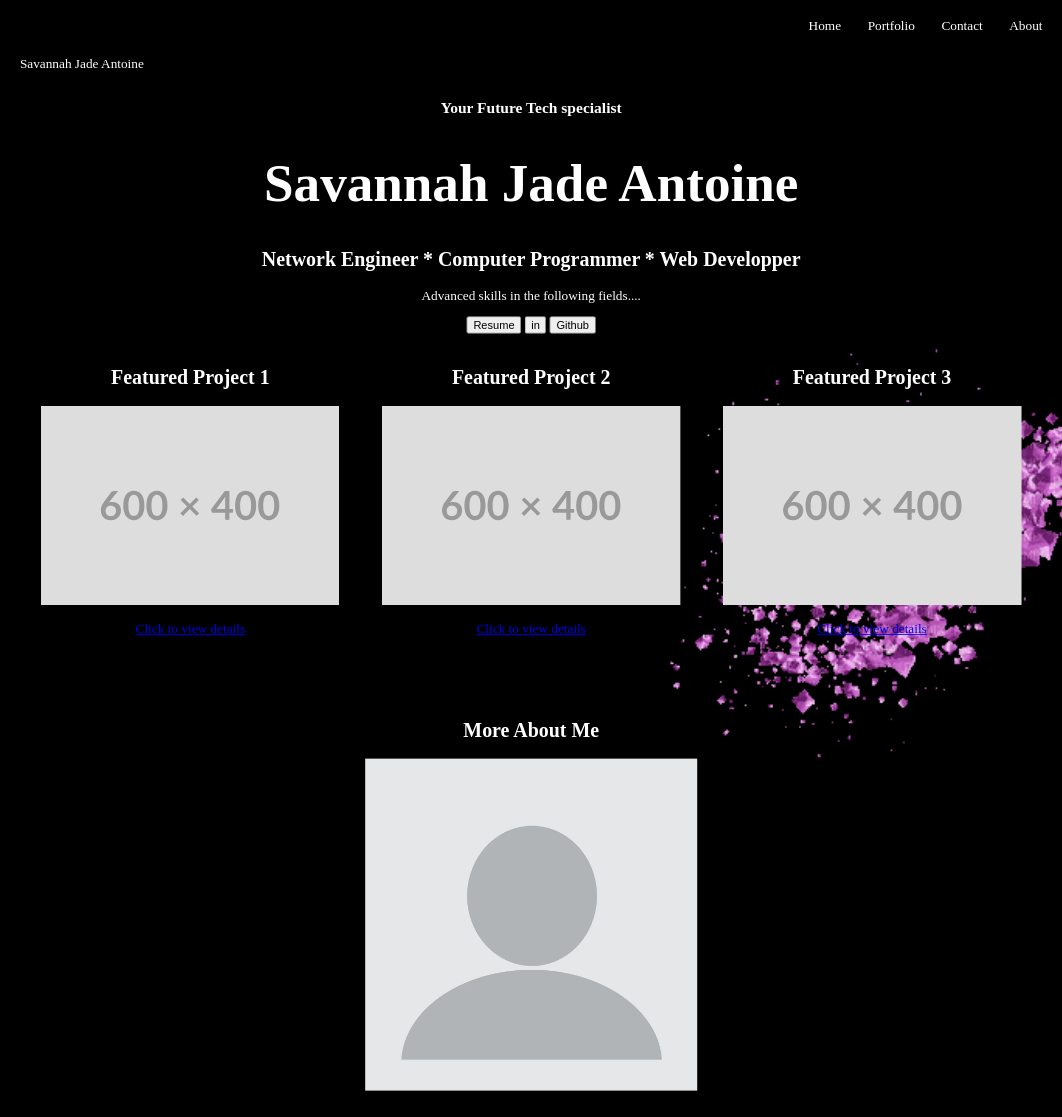
Repository: Savannah-Antoine/Savannah-Antoine
Page: index.html
An editor plug-in stored every save of this project. The page is shown before and after the next save, followed by the edit.
The browser window is 1280 px wide. The pictures show the whole page, at 83% of full size.

Above is the page before, as saved 2026-05-15 12:10:21.

### index.html
<!DOCTYPE html>
<html lang="en">
<head>
    <meta charset="UTF-8">
    <meta name="viewport" content="width=device-width, initial-scale=1.0">
    <link rel = "stylesheet" href = "./styles/index.css" />
    <link rel = "stylesheet" href = "./styles/globals.css" />
    <title>Document</title>
</head>
<body>
<header>
    <nav>
        <ul class = "navigation">
  <li><a href="index.html">Home</a></li>
  <li><a href="portfolioPage.html">Portfolio</a></li>
  <li><a href="contact">Contact</a></li>
  <li><a href="about.asp">About</a></li>
</ul>
        <ul class = "homeButton">
           <li><a href = "index.html">Savannah Jade Antoine</a></li>
        </ul>
</nav>
<h3>Your Future Tech specialist</h3>
<h1> Savannah Jade Antoine</h1>
<h2>Network Engineer * Computer Programmer * Web Developper</h2>
<p> Advanced skills in the following fields....</p>
<a href = "Savannah Jade Resume (1).pdf"><button>Resume</button></a>
<a href = "www.linkedin.com/in/savannah-antoine-ab0756390"><button>in</button></a>
<button>Github</button>

</header>
<main class = "container">
<section class = "project-card">

<h2>Featured Project 1</h2>
<img src = "./assets/images/placeholder1.svg" alt = "First Portfolio placeholder image" />
<p><a href = "./pages/project-name-1.html">Click to view details</a></p>
</section>


<section class = "project-card">
<h2>Featured Project 2</h2>
<img src = "./assets/images/placeholder1.svg" alt = "Second Portfolio placeholder image" />
<p><a href = "./pages/project-name-2.html">Click to view details</a></p>
</section>
<section class = "project-card">
<h2>Featured Project 3</h2>
<img src = "./assets/images/placeholder1.svg" alt = "Third Portfolio placeholder image" />
<p><a href = "./pages/project-name-3.html">Click to view details</a></p>
</section>

<div class = "aboutMe">
<h2>More About Me</h2>
<img src = "./assets/images/profilepic.png" alt = "profile picture" />
</div>


</main>

</body>
</html>

### styles/index.css
.container{
  display: flex;
    flex-direction: column;
    align-items: center;
    gap: 2rem;
    padding: 20px;
}



body h1{
    font-size: 2.5rem;

}

img{
   width: 100%;
    max-width: 400px;
    height: auto;
}

@media screen and (min-width: 768px)
{
   body h1 {
        font-size: 4rem;
    }
    .container {
        flex-direction: row;
        flex-wrap: wrap;
        justify-content: space-around;
        align-items: flex-start;
    }
    .project-card {
        width: 30%;
        min-width: 250px;
        text-align: center;
    }

    .aboutMe{
        width: 100%;
        text-align: center;
        margin-top: 2rem;

    }
}




@media screen and (min-width: 1000px)
{
    .container {
        max-width: 1200px;
        margin: 0 auto;
    }
}

### styles/globals.css
body {
    background-color: black;
  background-image: url(/assets/images/background-pic.gif);
  background-repeat: no-repeat;
  background-size: cover;
  color: white;
  font-size: 16px;
  text-align: center;
}



.homeButton{
  list-style-type: none;
  margin: 0;
  padding: 0;
  display: flex;
  justify-content: left;

}


.navigation {
  list-style-type: none;
  margin: 0;
  padding: 0;
  display: flex;
  justify-content: right;
}
li a {
  display: block;
  color: white;
  padding: 14px 16px;
  text-decoration: none;
}

ul li a:hover {
  background-color: #be6c6c;
}

h1{

  font-size: 4rem;
}

After the next save:
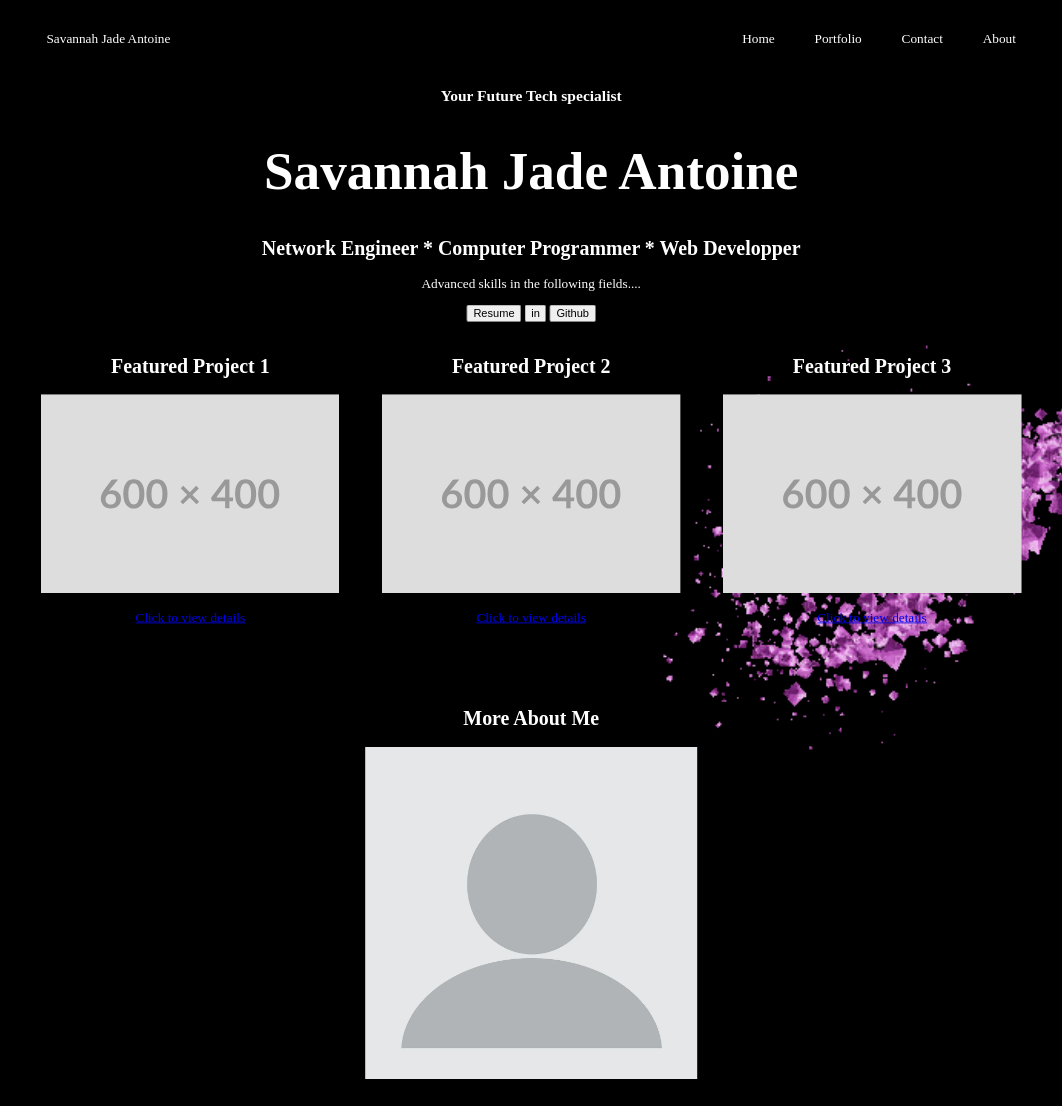
Saved 5 min 22 s later.
--- a/styles/globals.css
+++ b/styles/globals.css
@@ -11,6 +11,7 @@ body {
 
 
 .homeButton{
+  order: -1;
   list-style-type: none;
   margin: 0;
   padding: 0;
@@ -20,13 +21,24 @@ body {
 }
 
 
-.navigation {
-  list-style-type: none;
-  margin: 0;
-  padding: 0;
-  display: flex;
-  justify-content: right;
+nav {
+    display: flex;
+    justify-content: space-between;
+    align-items: center;
+    padding: 1rem 2rem;
 }
+
+
+nav ul {
+    display: flex;
+    list-style: none;
+    gap: 1rem;
+    margin: 0;
+    padding: 0;
+}
+
+
+
 li a {
   display: block;
   color: white;
